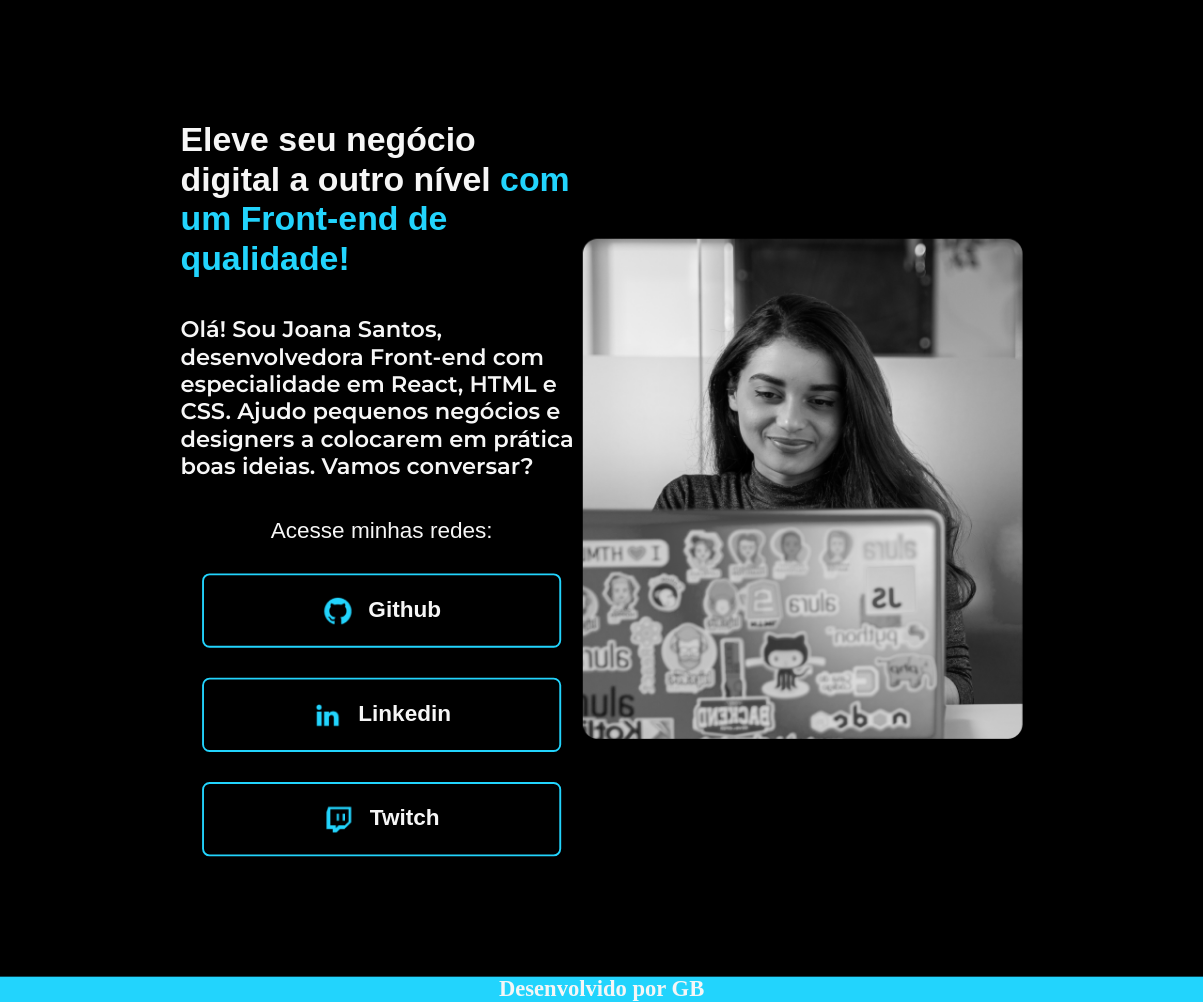
Repository: YoungAkira/CursoHtmlCss
Page: index.html
These files come from the project's save history. The page is drawn as it stood at one moment and after the next save; the edit follows.
The browser window is 1280 px wide. The pictures show the whole page, at 94% of full size.
Some web fonts or font styles are not loaded; a fallback is used.

Above is the page before, as saved 2023-05-15 11:04:23.

### index.html
<!--ESSE PROJETO NÃO É DE MINHA AUTORIA, APENAS UTILIZO-O PARA FINS DIDÁTICOS-->
<!--CREDITOS: ALURA.COM-->

<!DOCTYPE html>
<html lang="pt-br">
<head>
    <meta charset="UTF-8">
    <meta http-equiv="X-UA-Compatible" content="IE=edge">
    <meta name="viewport" content="width=device-width, initial-scale=1.0">
    <title>Portfolio</title>
    <link rel="stylesheet" href="style.css">
</head>
<body>
    <header></header>
    <main class="apresentacao">
            <section class="apresentacao_conteudo">
                 <h1 class="apresentacao_conteudo_titulo">Eleve seu
                    negócio digital a outro nível <strong
                    class="titulo-destaque">com um Front-end de qualidade!</strong></h1>

                    <p class="apresentacao_conteudo_texto"> Olá! Sou Joana Santos, desenvolvedora Front-end
                        com especialidade em React, HTML e CSS. Ajudo
                        pequenos negócios e designers a colocarem em
                        prática boas ideias. Vamos conversar?</p>


                    <div class="apresentacao_links">
                        <h2 class="apresentacao_links_subtitulo">Acesse minhas redes:</h2>

                        <a class="apresentacao-links-link" href="github.com">
                            <img src="assets/github.png">
                            Github
                        </a>

                        <a class="apresentacao-links-link" href="linkedin.com">
                            <img src="./assets/linkedin.png">
                            Linkedin
                        </a>

                        <a class="apresentacao-links-link" href="twitch.tv">
                            <img src="./assets/twitch.png">
                            Twitch


                        </a>



                    </div>

            </section>
                    <img src="/assets/imagem.png" alt="Foto Joana Santos programando">
    </main>


    <footer>
        <h2>Desenvolvido por GB</h2>
    </footer>


</body>
</html>

### style.css
@import url('https://fonts.googleapis.com/css2?family=Krona+One&family=Montserrat:wght@600&display=swap');

*{
    margin: 0;
    padding: 0;
}


body {
    background-color: black;
    box-sizing: border-box;
    color: #F6F6F6;
    height: 100vh;
}


.titulo-destaque {
    color: #22D4FD;
}


.apresentacao{
    display: flex;
    align-items: center;
    justify-content: space-between;
    margin: 10% 15%;
}


.apresentacao_conteudo{
    width: 615px;
    display: flex;
    flex-direction: column;
    gap: 40px;
}


.apresentacao_conteudo_titulo{
    font-size: 36px;
    font-family: 'Krona One',sans-serif;
}


.apresentacao_conteudo_texto{
    font-size: 24px;
    font-family: 'Montserrat',sans-serif;
}


.apresentacao_links{
    display: flex;
    flex-direction: column;
    justify-content: space-between;
    align-items: center;
    gap: 32px;
}


.apresentacao_links_subtitulo{
    font-size: 24px;
    font-family: 'Krona One', sans-serif;
    font-weight: 400;


}


.apresentacao-links-link{
    display: flex;
    justify-content: center;
    gap:16px;
    border: 2px solid #22D4FD;
    width: 378px;
    text-align: center;
    border-radius: 8px;
    font-size: 24px;
    padding: 21.5px 0;
    text-decoration: none;
    color :#F6F6F6;
    font-family: 'Krona One',sans-serif;
    font-weight: 600;
}


.apresentacao-links-link:hover{
    background-color:#272727;
}


footer{
    display: flex;
    background-color: #22D4FD;
    justify-content:center;
}

After the next save:
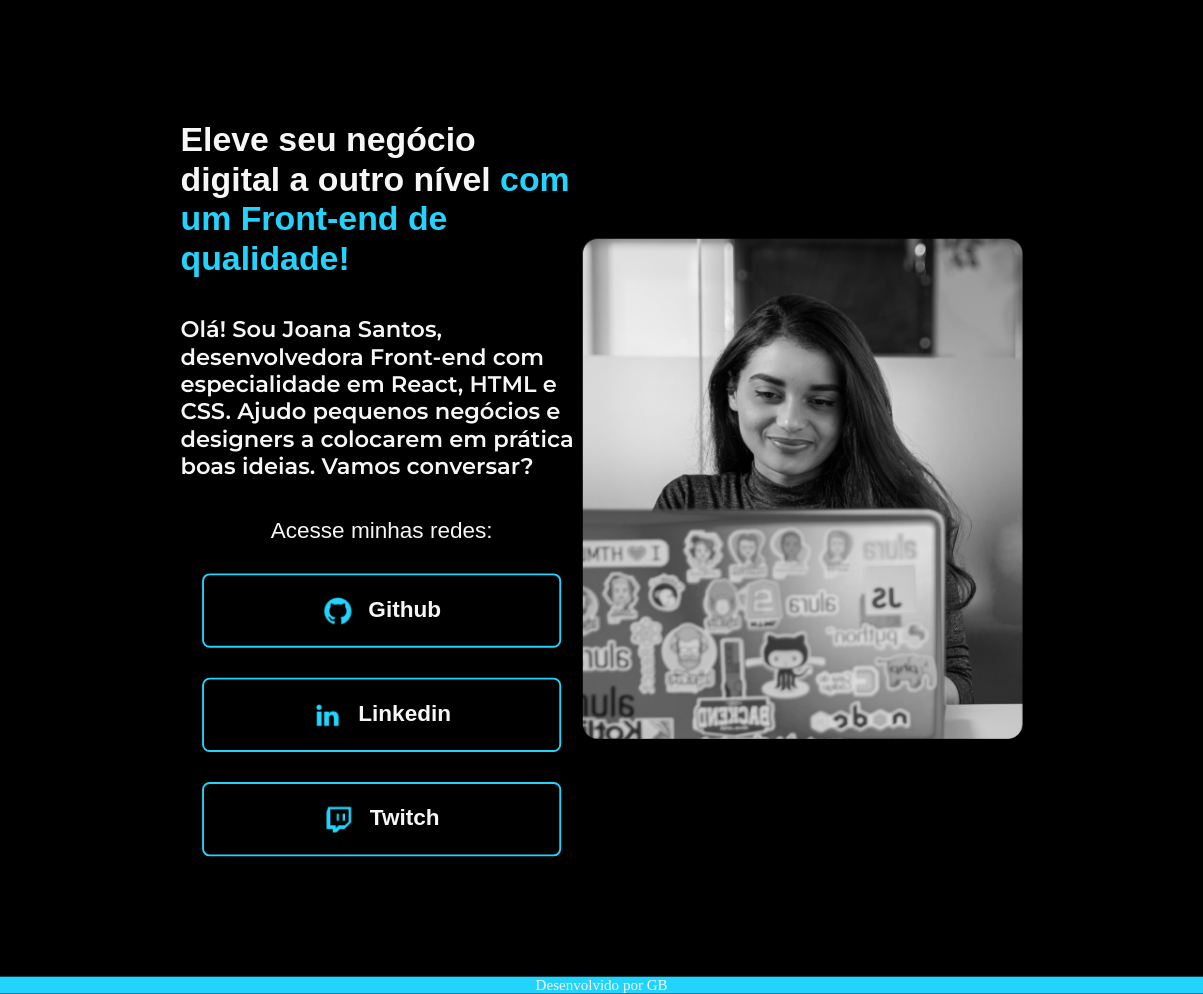
Saved 64 s later.
--- a/index.html
+++ b/index.html
@@ -54,7 +54,7 @@
 
 
     <footer>
-        <h2>Desenvolvido por GB</h2>
+        <p>Desenvolvido por GB</p>
     </footer>
 
 
